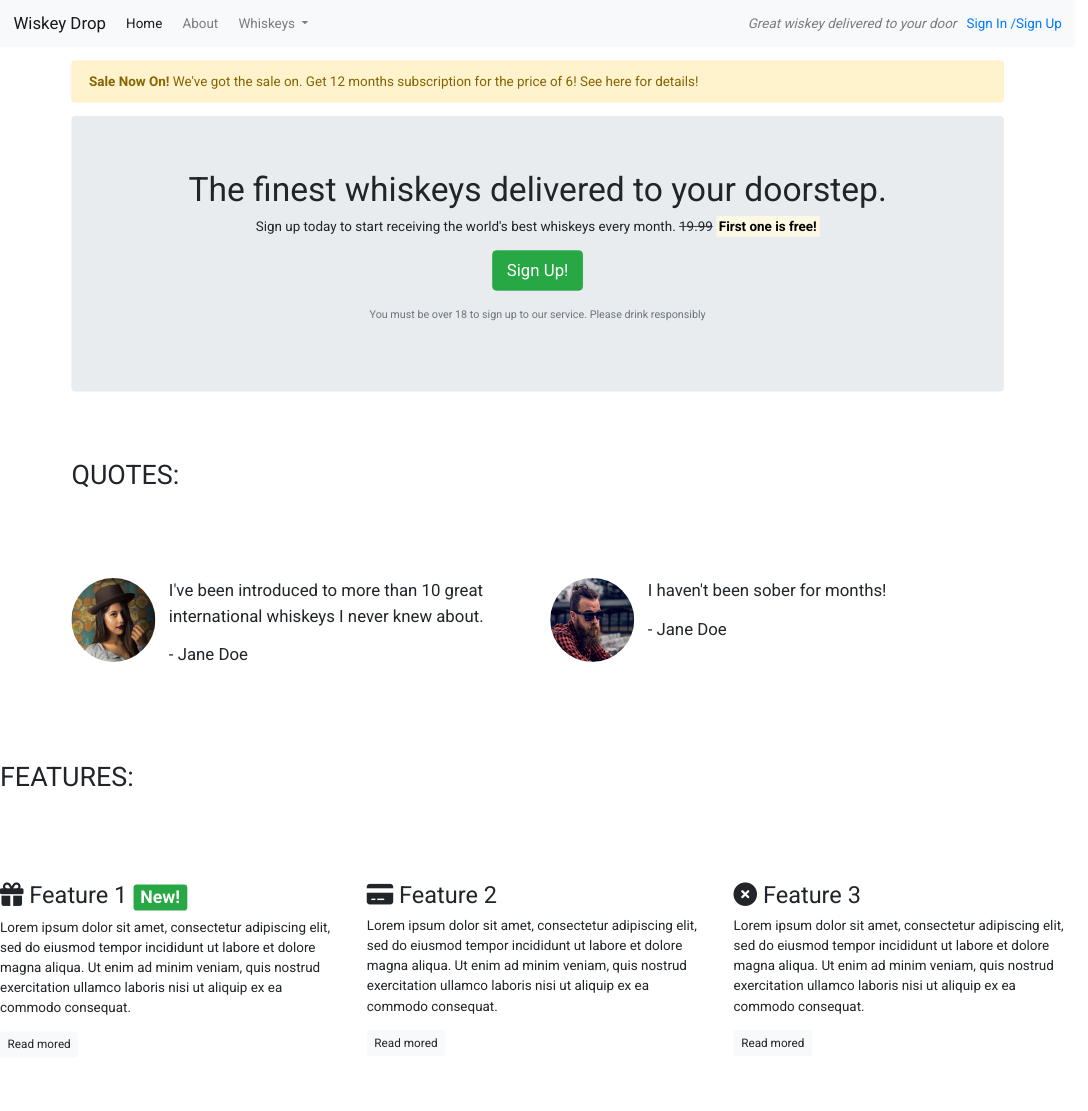
Repository: manub7/bootstrap4-mobile-first
Page: index.html
The author's editor kept a record of every edit. The page is drawn from the files as they stood at one moment, then again after the next edit.
The browser window is 1280 px wide. The page is 1295 px wide, so the pictures cover 1295 px, including what lies to the right of the window. The pictures show the whole page, at 84% of full size.
Some web libraries are served in a nearby version.

Above is the page before.

### index.html
<!DOCTYPE html>
<html lang="en-us">

<head>
    <meta charset="utf-8">
    <meta name="viewport" content="width=device-width, initial-scale=1.0">
    <title>Whiskey Drop | Taste a new whiskey every month</title>
    <link rel="stylesheet" href="https://maxcdn.bootstrapcdn.com/bootstrap/4.1.3/css/bootstrap.min.css">
    <link rel="stylesheet" href="https://stackpath.bootstrapcdn.com/bootstrap/4.4.1/css/bootstrap.min.css" integrity="sha384-Vkoo8x4CGsO3+Hhxv8T/Q5PaXtkKtu6ug5TOeNV6gBiFeWPGFN9MuhOf23Q9Ifjh" crossorigin="anonymous">
    <script src="https://kit.fontawesome.com/0c0aa31012.js" crossorigin="anonymous"></script>
    <link href="https://fonts.googleapis.com/css?family=Roboto:400,700&display=swap" rel="stylesheet">
    <link rel="stylesheet" href="css/style.css" type="text/css" />
</head>

<body>
    <nav class="navbar navbar-light bg-light navbar-expand-sm ">

        <a href="/" class="navbar-brand">Wiskey Drop</a>
        <button class="navbar-toggler ml-auto" type="button" data-toggle="collapse" data-target="#navbarNavDropdown" aria-controls="navbarNavDropdown" aria-expanded="false" aria-label="Toggle navigation">
        <span class="navbar-toggler-icon"></span></button>

        <div class="collapse navbar-collapse" id="navbarNavDropdown">
            <ul class="navbar-nav mr-auto">
                <li class="active nav-item mr-2"><a class="nav-link" href="/">Home</a></li>
                <li class="nav-item mr-2"><a class="nav-link" href="/about">About</a></li>
                <li class="nav-item dropdown">
                    <a class="nav-link dropdown-toggle" href="#" id="navbarDropdownMenuLink" role="button" data-toggle="dropdown" aria-haspopup="true" aria-expanded="false">
            Whiskeys
        </a>
                    <div class="dropdown-menu" aria-labelledby="navbarDropdownMenuLink">
                        <a class="dropdown-item" href="#">Irish</a>
                        <a class="dropdown-item" href="#">Scotch</a>
                        <a class="dropdown-item" href="#">Japanese</a>
                        <a class="dropdown-item" href="#">American</a>
                    </div>
                </li>

                <li class="nav-item mr-2 d-block d-sm-none"><a class="nav-link" href="">Sign In / Sign Up</a></li>
            </ul>
        </div>

        <div class="d-none d-md-block">
            <p class="navbar-text my-auto mr-2"><i>Great wiskey delivered to your door</i></p>
            <a href="/login">Sign In /Sign Up</a>

        </div>

    </nav>
    <div class="container mt-3">
        <div class="row d-none d-sm-block">
            <div class="col-12">
                <div class="alert alert-warning">
                    <strong>Sale Now On!</strong> We've got the sale on. Get 12 months subscription for the price of 6!
                    <a ref="">See here for details!</a>
                </div>
            </div>
        </div>
        <!-- Callout -->
        <div class="row">
            <div class="col-12">
                <section class="callout jumbotron text-center">
                    <h1>The finest whiskeys delivered to your doorstep.</h1>
                    <p clas="lead">Sign up today to start receiving the world's best whiskeys every month.
                        <s class="d-none d-sm-inline">19.99</s>
                        <span class="d-inline d-sm-none"><br></span>
                        <strong><mark> First one is free!</mark></strong></p>
                    <p><button class="btn btn-lg btn-success" data-toggle="modal" data-target="#signUpModal">Sign Up!</button></p>
                    <p class="text-muted"><small> You must be over 18 to sign up to our service. Please drink responsibly </small></p>
                </section>
            </div>
        </div>

        <!-- /.callout -->
        </div>

        <!-- Quotes -->
        <div class="container container-quotes">
        <section class="quotes">
            <div class="row">
                <div class="col-12 my-5">
                    <h2 class="text-uppercase">Quotes:</h2>
                </div>
            </div>
            <div class="row">
                <div class="col-12 col-md-6 my-5">
                    <div class="media">
                        <div class="d-none d-sm-block">
                            <img src="images/girl-image.png" class="rounded-circle  mr-3" height=100 width=100>
                        </div>
                        <div class="media-body">
                            <blockquote class="blockquote">
                                <p>I've been introduced to more than 10 great international whiskeys I never knew about.</p>
                                <p>- Jane Doe</p>
                            </blockquote>
                        </div>
                    </div>
                </div>

                <div class="col-12 col-md-6 my-5">
                    <div class="media">
                        <div class="d-none d-sm-block">
                            <img src="images/guy-image.png" class="rounded-circle mr-3" height=100 width=100>
                        </div>
                        <div class="media-body">
                            <blockquote class="blockquote">
                                <p>I haven't been sober for months!</p>
                                <p>- Jane Doe</p>
                                </blockquotes>
                        </div>
                    </div>
                </div>
            </div>
          </div>
        </section>
        <!-- /.quotes -->


        <!-- Features -->
        <div class="features-container">
        <section class="features">
            <div class="row">
                <div class="col-12 my-5">
                    <h2 class="text-uppercase">Features:</h2>
                </div>
            </div>

            <div class="row">
                <div class="col-12 col-md-6 col-lg-4 my-5">
                    <div class="feature">
                        <h3><i class="fas fa-gift d-none d-sm-inline"></i> Feature 1 <span class="badge badge-success">New!</span></h3>
                        <p>Lorem ipsum dolor sit amet, consectetur adipiscing elit, sed do eiusmod tempor incididunt ut labore et dolore magna aliqua. Ut enim ad minim veniam, quis nostrud exercitation ullamco laboris nisi ut aliquip ex ea commodo consequat.</p>
                        <p><a class="btn btn-sm btn-light">Read mored</a></p>
                    </div>
                </div>


                <div class="col-12 col-md-6 col-lg-4 my-5">
                    <div class="feature">
                        <h3><i class="fas fa-credit-card d-none d-sm-inline"></i> Feature 2</h3>
                        <p>Lorem ipsum dolor sit amet, consectetur adipiscing elit, sed do eiusmod tempor incididunt ut labore et dolore magna aliqua. Ut enim ad minim veniam, quis nostrud exercitation ullamco laboris nisi ut aliquip ex ea commodo consequat.</p>
                        <p><a class="btn btn-sm btn-light">Read mored</a></p>
                    </div>
                </div>


                <div class="col-12 d-md-none d-lg-block col-lg-4 my-5">
                    <div class="feature">
                        <h3><i class="fas fa-times-circle d-none d-sm-inline"></i> Feature 3</h3>
                        <p>Lorem ipsum dolor sit amet, consectetur adipiscing elit, sed do eiusmod tempor incididunt ut labore et dolore magna aliqua. Ut enim ad minim veniam, quis nostrud exercitation ullamco laboris nisi ut aliquip ex ea commodo consequat.</p>
                        <p><a class="btn btn-sm btn-light">Read mored</a></p>
                    </div>
                </div>
            </div>
          </div>
        </section>
        <!-- /.features -->
    </div>

    <!-- /Modla dialog -->

     <div class="modal" tabindex="-1" role="dialog" id="signUpModal">
        <div class="modal-dialog" role="document">
            <div class="modal-content">
                <div class="modal-header">
                    <h5 class="modal-title">Sign Up To Whiskey Drop!</h5>
                    <button type="button" class="close" data-dismiss="modal" aria-label="Close">
          <span aria-hidden="true">&times;</span>
        </button>
                </div>
                <div class="modal-body">
                    <form>
                        <div class="form-group">
                            <label for="exampleInputEmail1">Email address</label>
                            <input type="email" class="form-control" id="exampleInputEmail1" aria-describedby="emailHelp" placeholder="Enter email">
                            <small id="emailHelp" class="form-text text-muted">We'll never share your email with anyone else.</small>
                        </div>
                        <div class="form-group">
                            <label for="password">Password</label>
                            <input type="password" class="form-control" id="password" placeholder="Password">
                        </div>
                        <div class="form-group">
                            <label for="repeatPassword">Repeat Password</label>
                            <input type="password" class="form-control" id="repeatPassword" placeholder="Repeat Password">
                        </div>
                        <button type="submit" class="btn btn-success">Submit</button>
                    </form>
                </div>
            </div>
        </div>
    </div>


    <script src="https://code.jquery.com/jquery-3.4.1.slim.min.js" integrity="sha384-J6qa4849blE2+poT4WnyKhv5vZF5SrPo0iEjwBvKU7imGFAV0wwj1yYfoRSJoZ+n" crossorigin="anonymous"></script>
    <script src="https://cdn.jsdelivr.net/npm/popper.js@1.16.0/dist/umd/popper.min.js" integrity="sha384-Q6E9RHvbIyZFJoft+2mJbHaEWldlvI9IOYy5n3zV9zzTtmI3UksdQRVvoxMfooAo" crossorigin="anonymous"></script>
    <script src="https://stackpath.bootstrapcdn.com/bootstrap/4.4.1/js/bootstrap.min.js" integrity="sha384-wfSDF2E50Y2D1uUdj0O3uMBJnjuUD4Ih7YwaYd1iqfktj0Uod8GCExl3Og8ifwB6" crossorigin="anonymous"></script>
</body>

</html>

### css/style.css
body {
    font-family: 'Roboto', sans-serif;
}

.alert-container {}

.callout-container {
    height: 100vh;
    background: url(../images/wiskey-background.jpg) no-repeat bottom right fixed;
    -webkit-background-size: cover;
    -moz-background-size: cover;
    -o-background-size: cover;
    background-size: cover;
}

.quotes-container {}

.features-container {}

.

After the next edit:
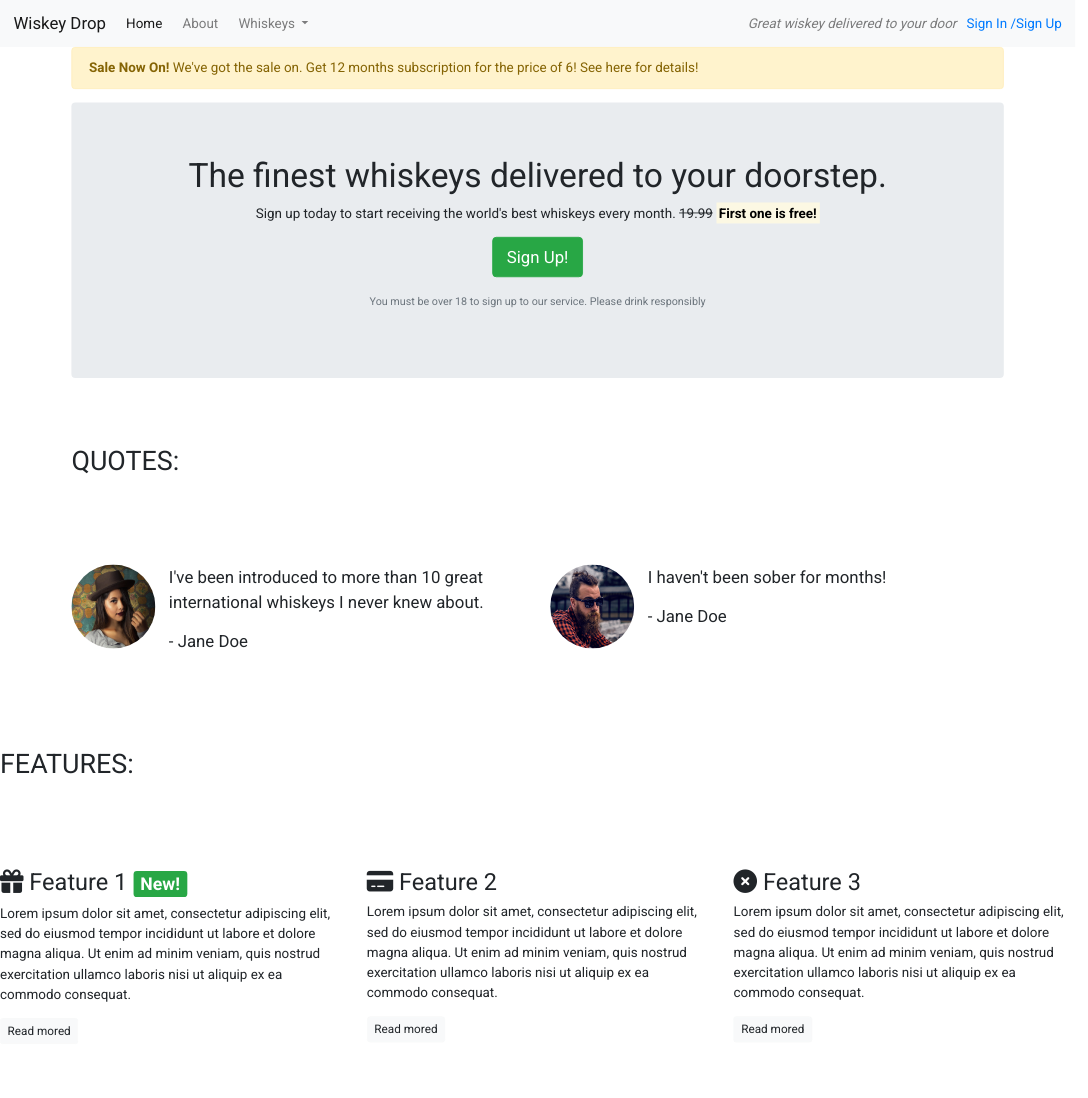
The edit:
--- a/index.html
+++ b/index.html
@@ -46,7 +46,7 @@
         </div>
 
     </nav>
-    <div class="container mt-3">
+    <div class="container alert-container">
         <div class="row d-none d-sm-block">
             <div class="col-12">
                 <div class="alert alert-warning">
